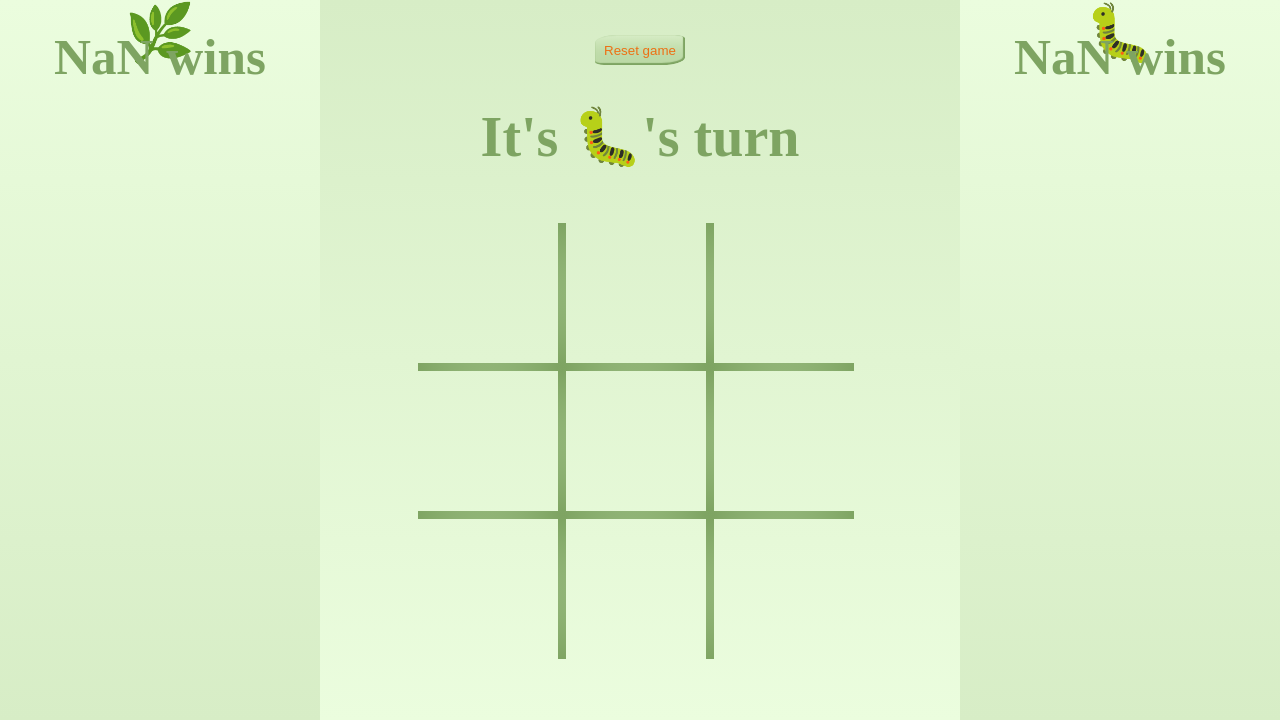
Repository: AsherSpurr/tic-tac-toe
Page: index.html
An editor plug-in stored every save of this project. The page is shown before and after the next save, followed by the edit.
The browser window is 1280 px wide. The pictures show the whole page.
Some web fonts or font styles are not loaded; a fallback is used.

Above is the page before, as saved 2024-01-14 14:25:01.

After the next save:
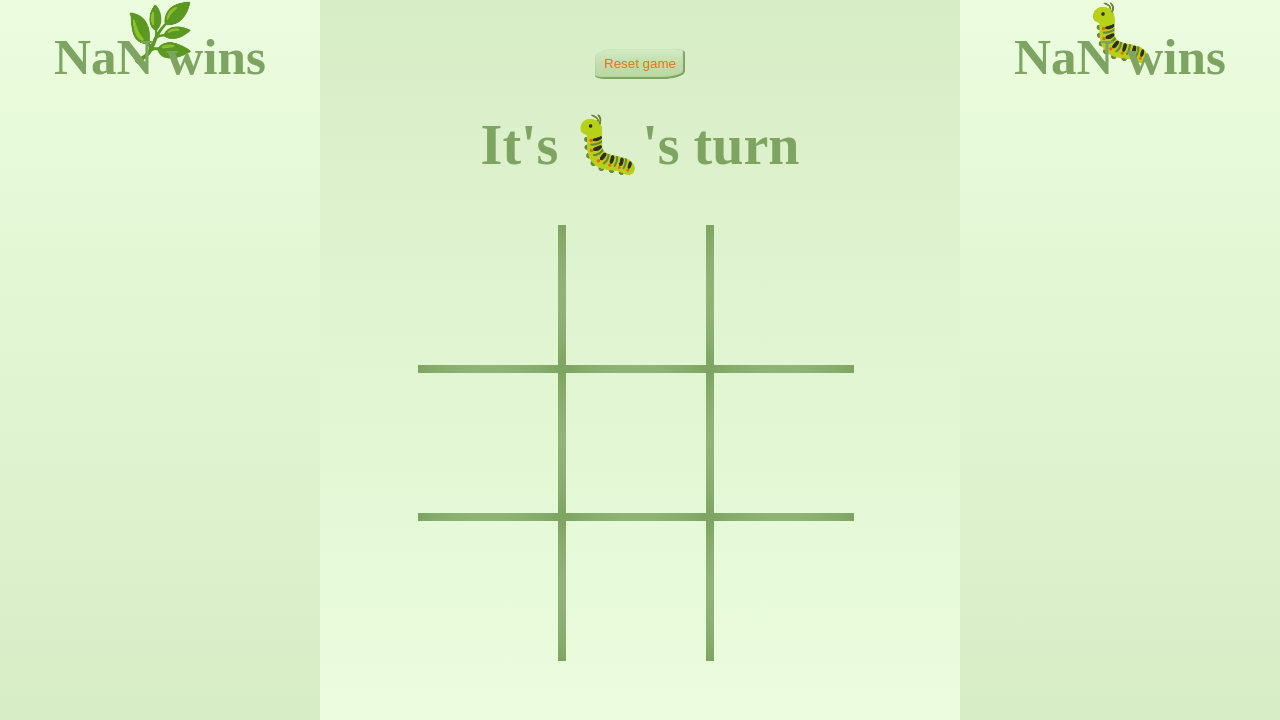
Saved 6 s later.
--- a/styles.css
+++ b/styles.css
@@ -80,7 +80,7 @@ body {
 .reset-container {
     display: flex;
     align-items: end;
-    margin-top: 2em;
+    margin-top: 3em;
 
 }
 
